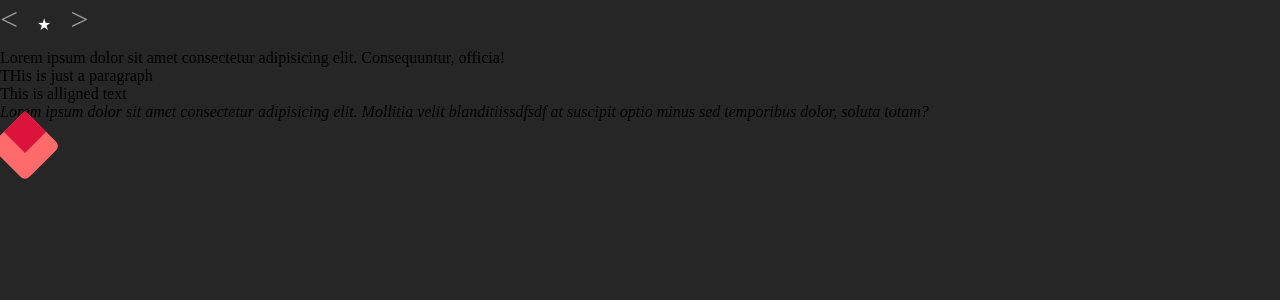
Repository: robin-webdev/frontend
Page: CSS/index.html
The author's editor kept a copy of each file at every save. The page is drawn from the files as they stood at one save, then again after the next save.
The browser window is 1280 px wide. The pictures show the whole page.
The style sheet was rebuilt from its Sass, Less or Tailwind sources for each picture, by a compiler version that may differ from the author's.

Above is the page before, as saved 2025-12-16 06:31:17.

After the next save:
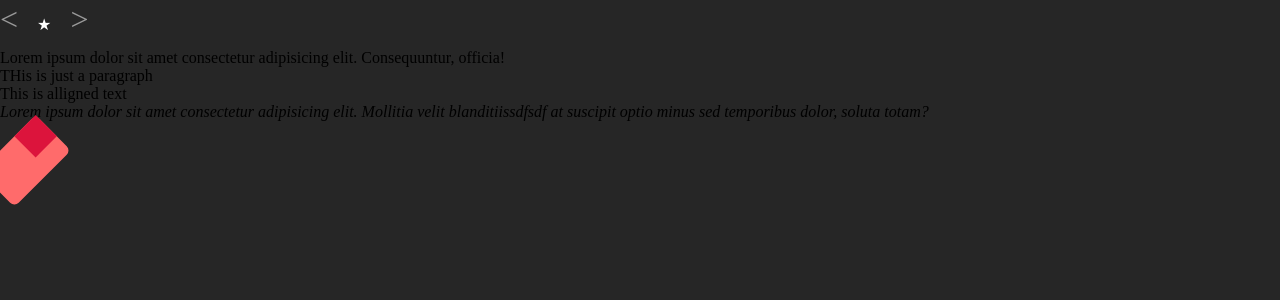
Saved 6 s later.
--- a/CSS/style.scss
+++ b/CSS/style.scss
@@ -57,7 +57,7 @@ body {
 }
 
 .section4{
-  height: 50px;
+  height: 80px;
   width: 50px;
   background-color: #ff6b6b;
   border-radius: 6px;
